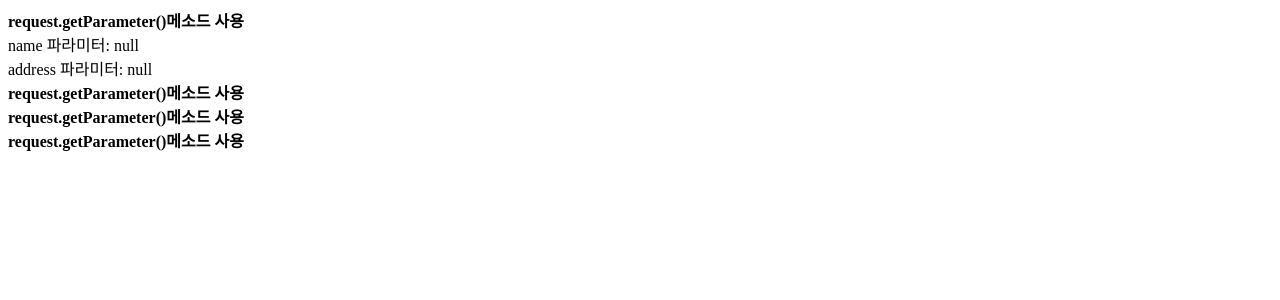
Repository: sgnq008-tech/JSP
Page: http://localhost/WebProject/implicit/viewParameter.jsp
The author's editor kept a copy of each file at every save. The page is drawn from the files as they stood at one save, then again after the next save.
The browser window is 1280 px wide. The pictures show the whole page.
The page is served by Tomcat 9.

Above is the page before, as saved 2026-09-10 07:10:37.

After the next save:
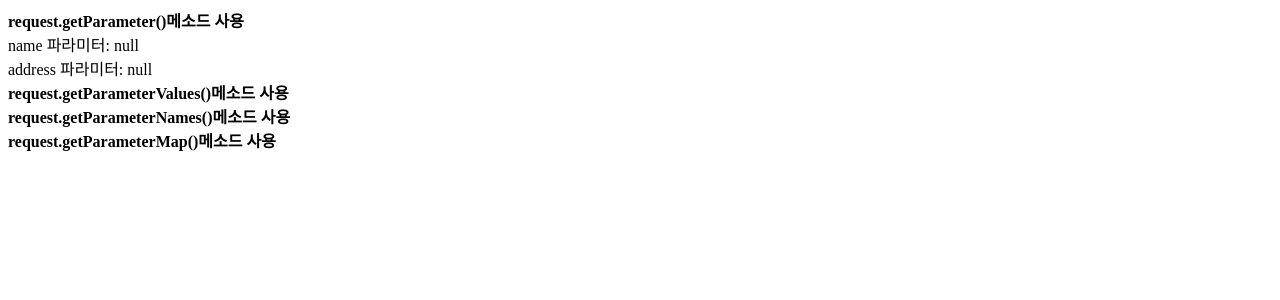
Saved 26 s later.
--- a/jsp_workspace/WebProject/src/main/webapp/implicit/viewParameter.jsp
+++ b/jsp_workspace/WebProject/src/main/webapp/implicit/viewParameter.jsp
@@ -15,11 +15,11 @@
   name 파라미터: <%=request.getParameter("name") %><br>
   address 파라미터: <%=request.getParameter("address") %><br>
 
-<b> request.getParameter()메소드 사용</b><br>
+<b> request.getParameterValues()메소드 사용</b><br>
 
-<b> request.getParameter()메소드 사용</b><br>
+<b> request.getParameterNames()메소드 사용</b><br>
 
-<b> request.getParameter()메소드 사용</b><br>
+<b> request.getParameterMap()메소드 사용</b><br>
 
 
 </body>
